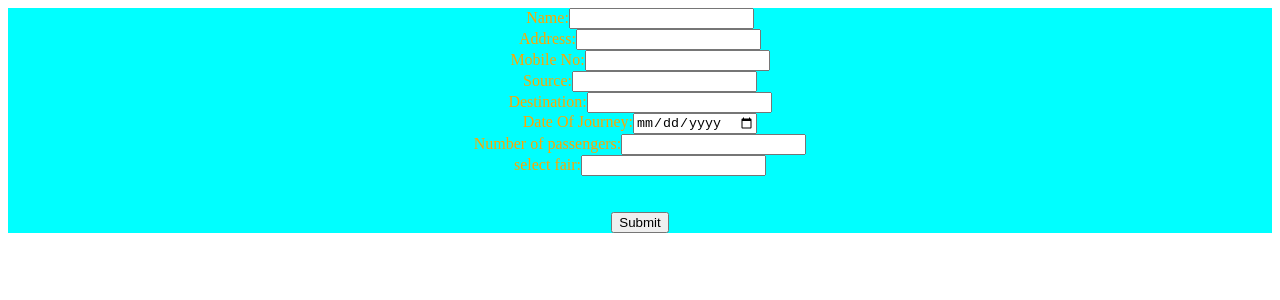
Repository: jha6435/Backenefinalsubmission
Page: http://localhost/ProjectFlyaway2/bookticket.jsp
The author's editor kept a copy of each file at every save. The page is drawn from the files as they stood at one save, then again after the next save.
The browser window is 1280 px wide. The pictures show the whole page.
The page is served by Tomcat 9.

Above is the page before, as saved 2023-05-12 03:44:58.

After the next save:
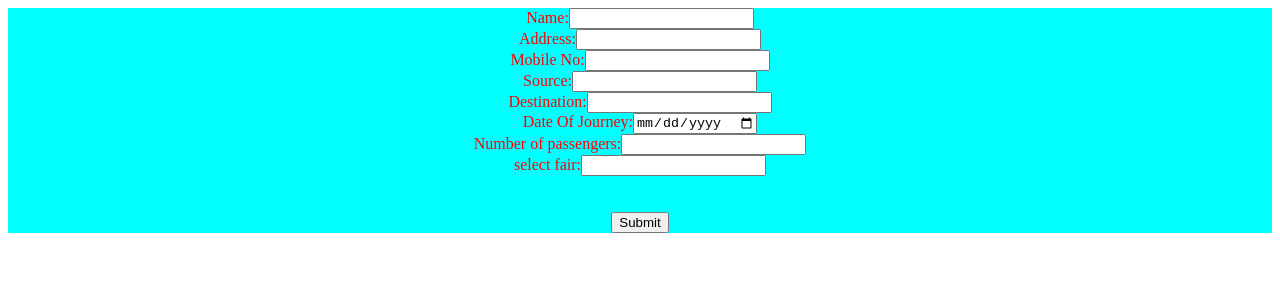
Saved 51 s later.
--- a/ProjectFlyaway2/src/main/webapp/bookticket.jsp
+++ b/ProjectFlyaway2/src/main/webapp/bookticket.jsp
@@ -7,7 +7,7 @@
 <title>Insert title here</title>
 <style type="text/css">
 form{background:cyan;
-color:orange;
+color:red;
 text-align: center;
 font-size: medium;}
 </style>
